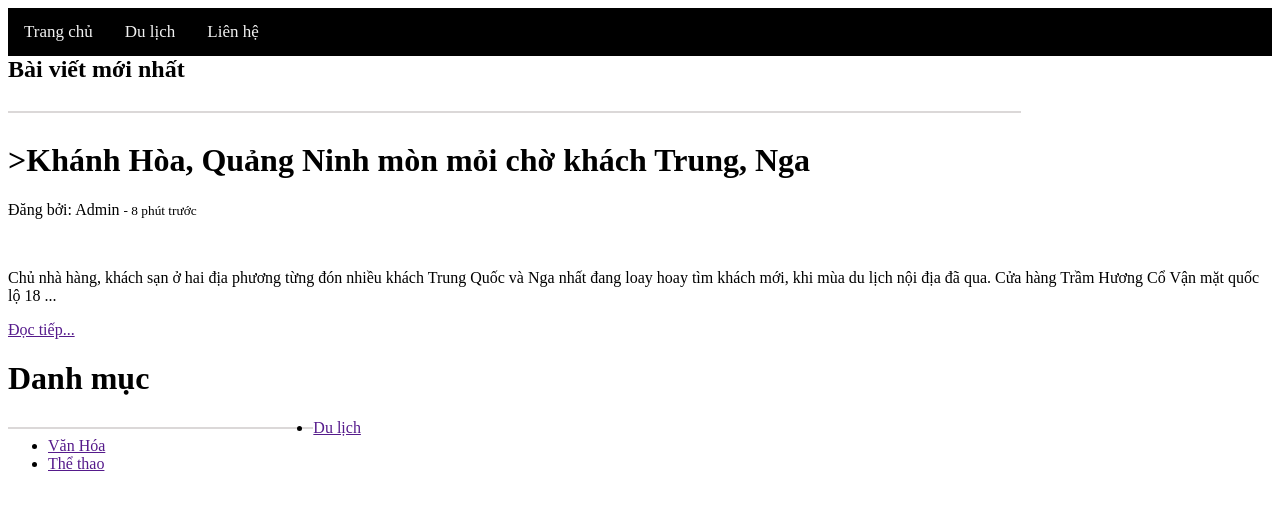
Repository: Lehuyhuynh/BTH2-CSS
Page: BTH3/BTH4/index.html
The author's editor kept a copy of each file at every save. The page is drawn from the files as they stood at one save, then again after the next save.
The browser window is 1280 px wide. The pictures show the whole page.

Above is the page before, as saved 2023-08-11 16:55:44.

After the next save:
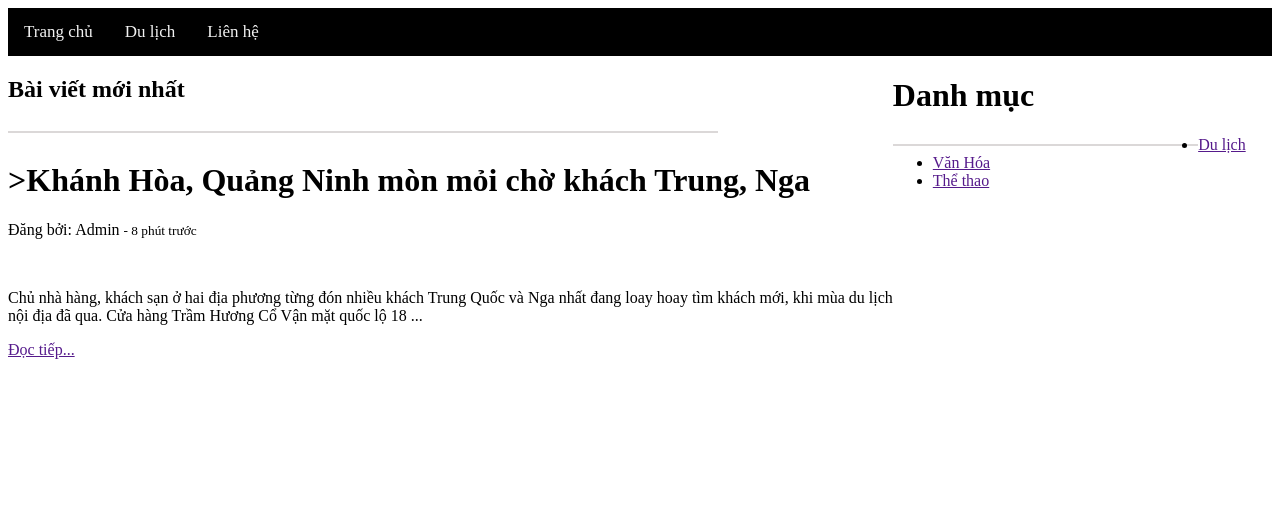
Saved 5 s later.
--- a/BTH3/BTH4/style.css
+++ b/BTH3/BTH4/style.css
@@ -33,7 +33,7 @@
   height: 300px;
 }
 
-.new-posts {
+.posts {
   width: 70%;
   height: 100%;
   float: left;
